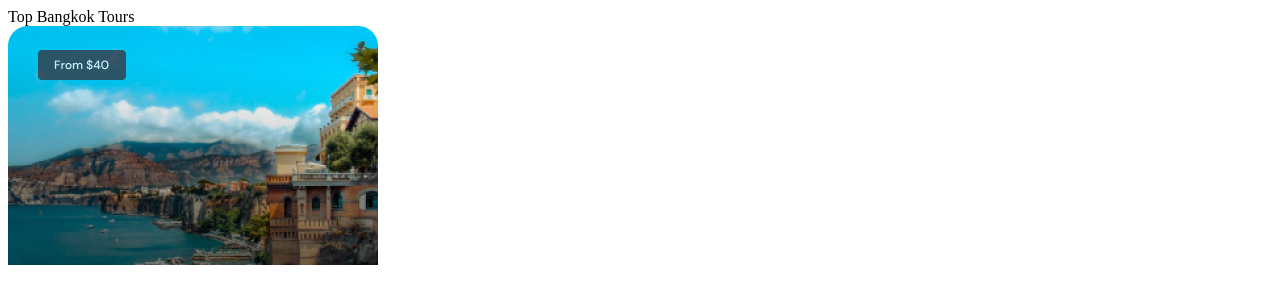
Repository: nguyentuankiet-k61/K_IT-demo
Page: index.html
These files come from the project's save history. The page is drawn as it stood at one moment and after the next save; the edit follows.
The browser window is 1280 px wide. The pictures show the whole page.

Above is the page before, as saved 2022-09-23 16:20:49.

After the next save:
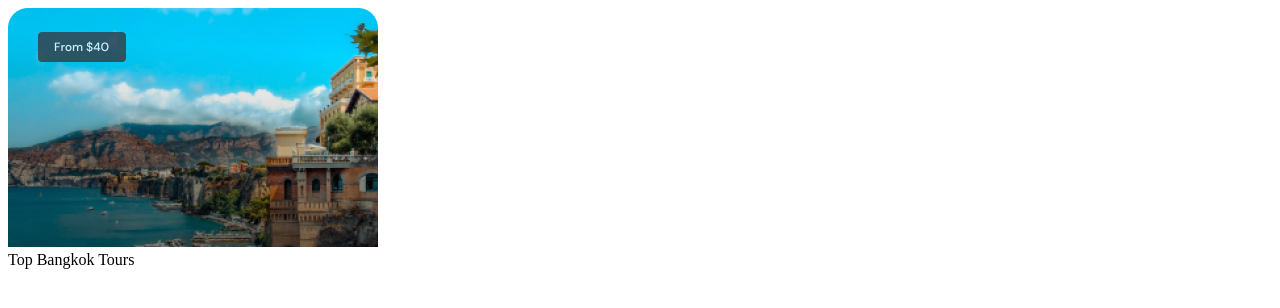
Saved 109 s later.
--- a/index.html
+++ b/index.html
@@ -9,9 +9,13 @@
 </head>
 <body>
   <div class="Tours_Bangkok">
+    <div class="Tours_content">
+        <img src="./image/img1.png" alt="this_is_image">
+
+    </div>
     <div class="Tours_title">Top Bangkok Tours</div>
     <div class="Tours_ratting">
-        <img src="./image/img1.png" alt="this_is_image">
+
     </div>
     <div class="Tours_Botton"></div>
   </div>
